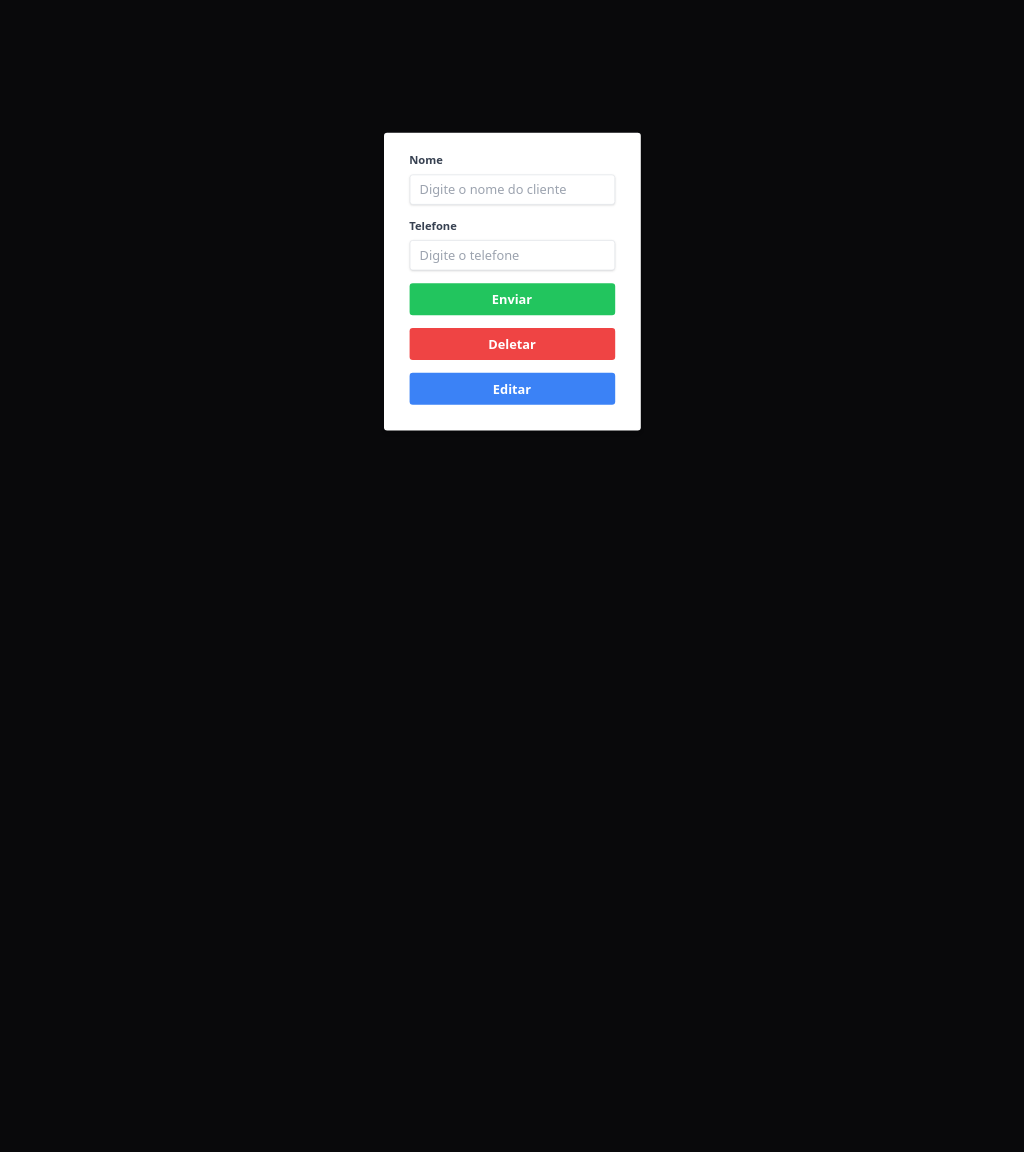
Repository: Gstxxx/sales-manager-laravel
Page: http://localhost/
An editor plug-in stored every save of this project. The page is shown before and after the next save, followed by the edit.
The browser window is 1280 px wide. The pictures show the whole page, at 80% of full size.
The page is served by the project's Laravel application, run on PHP 8.4 with Laravel 12. Other server files are loaded and not shown. Style sheets and scripts are compiled from the project's sources, by tool versions that may differ from the author's. Queries for data that is not in the repository find no rows.

Above is the page before, as saved 2024-06-09 03:35:12.

### routes/web.php
<?php

use Illuminate\Support\Facades\Route;
use App\Http\Controllers\ClientController;

Route::get('/', [ClientController::class, 'index'])->name('home');

Route::post('/addClient', [ClientController::class, 'addClient'])->name('addClient');
Route::post('/addClient', [ClientController::class, 'addClient'])->name('addClient');

### app/Http/Controllers/ClientController.php
<?php

namespace App\Http\Controllers;

use App\Models\Client;
use Illuminate\Support\Str;
use Illuminate\Http\Request;
use Illuminate\Http\RedirectResponse;
use Illuminate\Support\Facades\Redirect;

class ClientController extends Controller
{
    public function index()
    {
        $clients = Client::all();

        return view('home', compact("clients"));
    }
    public function addClient(Request $req): RedirectResponse
    {
        $name = $req->input('name-client');
        $number = $req->input('number-client');

        if (Str::length($name) == 0 || is_null($number)) {
            throw "Empty name or number";
        }

        $uuid
            = Str::uuid();
        Client::updateOrCreate(['name' => $name], [
            'uuid' => $uuid,
            'number' => $number,
            'debit' => 0,
        ]);

        return redirect()->route('home');
    }

    public function updateDebit(string $name, int $debit): RedirectResponse
    {
        if (Str::length($name) == 0 || is_null($debit)) {
            throw "Empty name or debit";
        }

        Client::where('name', $name)->update(['debit' => $debit]);

        return redirect()->route('home');
    }

    public function removeClient(string $name): RedirectResponse
    {
        if (Str::length($name) == 0) {
            throw "Empty name";
        }
        Client::where('name', $name)->delete();

        return redirect()->route('home');
    }

    public function editClient(string $name, int $number): RedirectResponse
    {
        if (Str::length($name) == 0 || is_null($number)) {
            throw "Empty name or number";
        }

        Client::where('name', $name)->update(['name' => $name, 'number' => $number]);

        return redirect()->route('home');
    }
}

### app/Models/Client.php
<?php

namespace App\Models;

use Illuminate\Database\Eloquent\Factories\HasFactory;
use Illuminate\Database\Eloquent\Model;

class Client extends Model
{
    use HasFactory;

    protected $primaryKey = 'uuid';
    protected $keyType = 'string';
    public $incrementing = false;

    protected $fillable = [
        'name',
        'number',
        'debit',
    ];
}

### resources/views/home.blade.php
<!doctype html>
<html>

<head>
    <meta charset="UTF-8">
    <meta name="viewport" content="width=device-width, initial-scale=1.0">
    <title>Sales Manager</title>
    @vite('resources/css/app.css')
</head>

<body>
    <div class="bg-zinc-950 flex flex-col items-center justify-center min-h-screen">
        <form action="{{ route('addClient') }}" method="POST" class="bg-white shadow-md rounded px-8 pt-6 pb-8 mb-4">
            @csrf
            <div class="mb-4">
                <div class="mb-4">
                    <label class="block text-gray-700 text-sm font-bold mb-2" for="number-client">
                        Nome
                    </label>
                    <input
                        class="shadow appearance-none border rounded w-full py-2 px-3 text-gray-700 leading-tight focus:outline-none focus:shadow-outline"
                        type="text" name="name-client" id="name-client" placeholder="Digite o nome do cliente">
                </div>
                <div class="mb-4">
                    <label class="block text-gray-700 text-sm font-bold mb-2" for="number-client">
                        Telefone
                    </label>
                    <input
                        class="shadow appearance-none border rounded w-full py-2 px-3 text-gray-700 leading-tight focus:outline-none focus:shadow-outline"
                        id="number-client" name="number-client" type="text" placeholder="Digite o telefone">
                </div>
            </div>

            <div class="flex flex-col items-center justify-between gap-4">
                <button
                    class="bg-green-500 hover:bg-green-700 text-white font-bold w-full py-2 px-4 rounded focus:outline-none focus:shadow-outline"
                    type="submit">
                    Enviar
                </button>
                <button
                    class="bg-red-500 hover:bg-red-700 text-white font-bold w-full py-2 px-4 rounded focus:outline-none focus:shadow-outline"
                    type="submit" formaction="/removeClient">
                    Deletar
                </button>
                <button
                    class="bg-blue-500 hover:bg-blue-700 text-white font-bold w-full py-2 px-4 rounded focus:outline-none focus:shadow-outline"
                    type="submit" formaction="/editClient">
                    Editar
                </button>
            </div>
        </form>
    </div>

    <div class="bg-zinc-950 flex flex-col items-center justify-center min-h-screen">
        @foreach ($clients as $result)
            <p>{{ $result['name'] }}</p>
        @endforeach
    </div>
</body>

</html>

Loaded but not shown: app/Http/Controllers/Controller.php (common file); resources/css/app.css (common file); tailwind.config.js (common file)

After the next save:
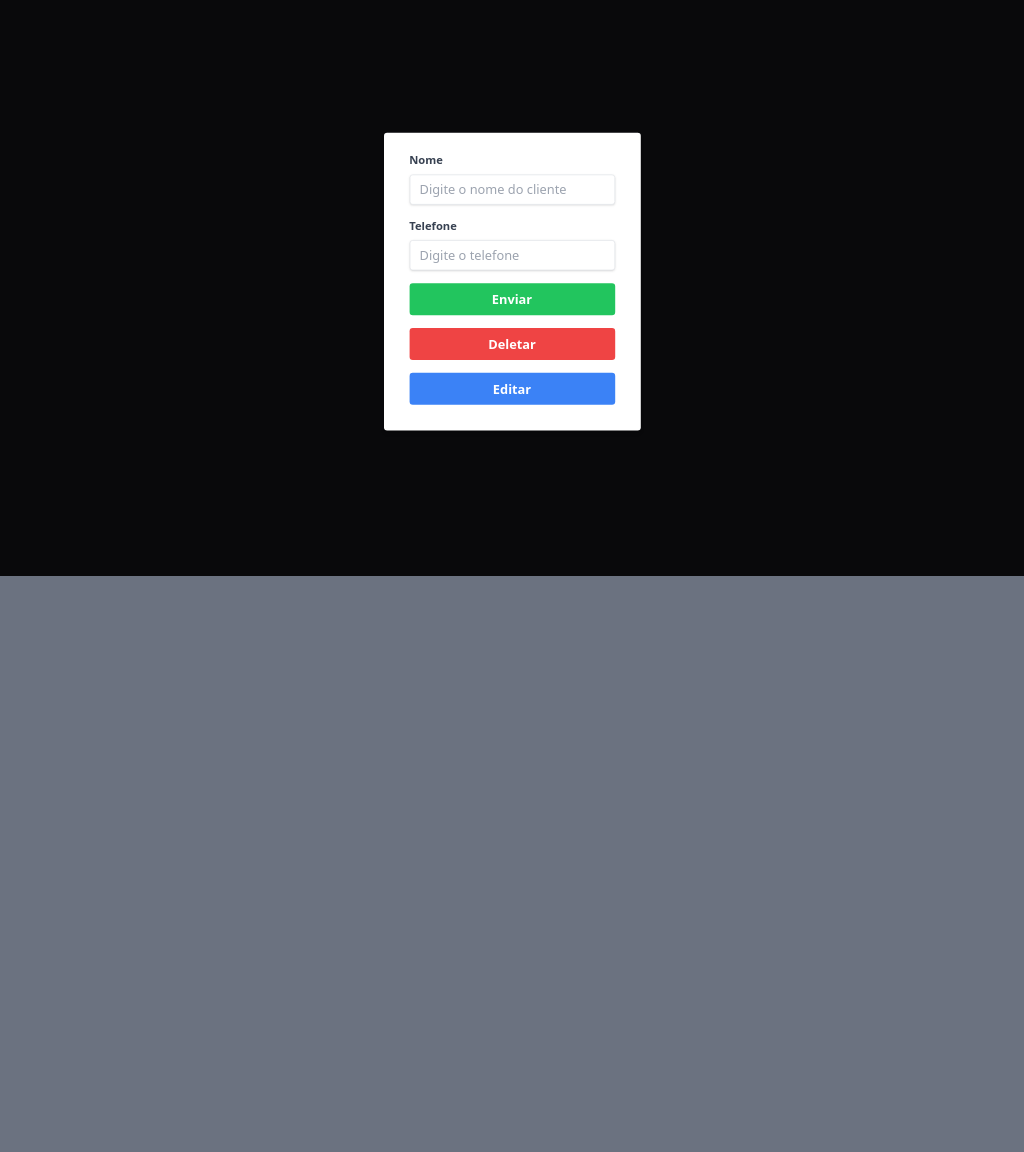
Saved 18 s later.
--- a/resources/views/home.blade.php
+++ b/resources/views/home.blade.php
@@ -51,7 +51,7 @@
         </form>
     </div>
 
-    <div class="bg-zinc-950 flex flex-col items-center justify-center min-h-screen">
+    <div class="bg-gray-500 flex flex-col items-center justify-center min-h-screen">
         @foreach ($clients as $result)
             <p>{{ $result['name'] }}</p>
         @endforeach
